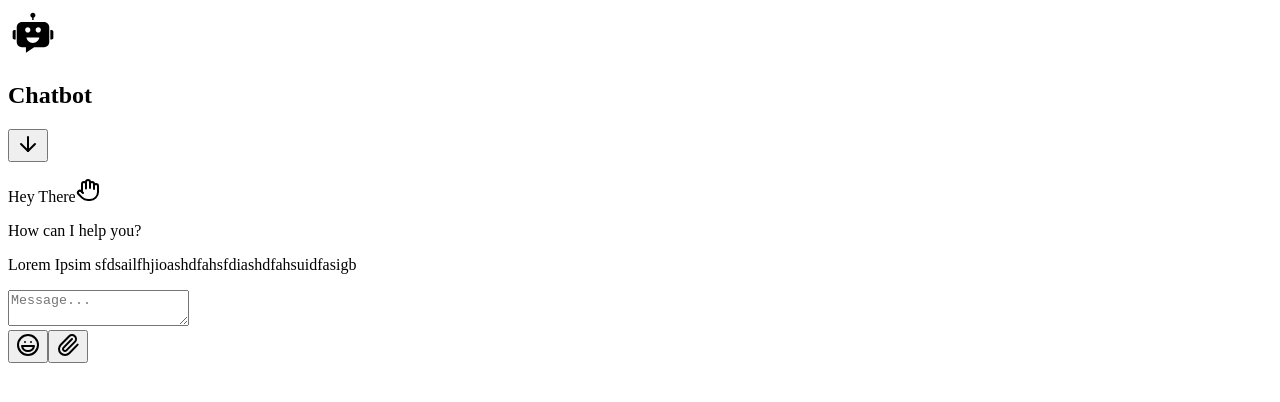
Repository: guilhermecardoso93/ai-bot
Page: /
An editor plug-in stored every save of this project. The page is shown before and after the next save, followed by the edit.
The browser window is 1280 px wide. The pictures show the whole page.
The project was rebuilt for these pictures with package versions that can differ from the ones it lists, and the page was loaded fresh each time. Also part of the build but not shown: vite.config.js.

Above is the page before, as saved 2024-11-11 20:07:37.

### index.html
<!doctype html>
<html lang="en">
  <head>
    <meta charset="UTF-8" />
    <link rel="icon" type="image/svg+xml" href="/vite.svg" />
    <meta name="viewport" content="width=device-width, initial-scale=1.0" />
    <title>Ai ChatBot</title>
  </head>
  <body>
    <div id="root"></div>
    <script type="module" src="/src/main.jsx"></script>
  </body>
</html>

### src/index.css
:root {

  font-synthesis: none;
  text-rendering: optimizeLegibility;
  -webkit-font-smoothing: antialiased;
  -moz-osx-font-smoothing: grayscale;
}

### src/App.jsx
import { Main } from "./components/Main";

export function App() {
  return (
    <>
      <Main />
    </>
  );
}

### src/components/Main.jsx
import { Hand, ArrowDown, Laugh, Paperclip } from "lucide-react";
import Logo from "../assets/logo.svg";

export function Main() {
  return (
    <div className="chatbot-popup">
      {/* Header */}
      <div className="chat-header">
        <div className="header-info">
          <img src={Logo} alt="" />
          <h2 className="logo-text">Chatbot</h2>
        </div>
        <button className="material-symbols-rounded">
          <ArrowDown />
        </button>
      </div>

      {/* Body */}
      <div className="chat-body">
        <div className="message bot-message">
          <div className="message-text">
            <p className="message-text">
              Hey There
              <Hand />
            </p>
            <p>How can I help you?</p>
          </div>
          <div className="message-user">
            <p className="message-text">
              Lorem Ipsim sfdsailfhjioashdfahsfdiashdfahsuidfasigb
            </p>
          </div>
        </div>
      </div>

      {/* Footer */}
      <div className="chat-footer">
        <form action="" className="chat-form">
          <textarea
            placeholder="Message..."
            className="message-input"
          ></textarea>
          <div className="chat-controls">
            <button className="material-symbols-rounded">
              <Laugh />
            </button>
            <button className="material-symbols-rounded">
              <Paperclip />
            </button>
          </div>
        </form>
      </div>
    </div>
  );
}

Loaded but not shown: src/main.jsx (common file)

After the next save:
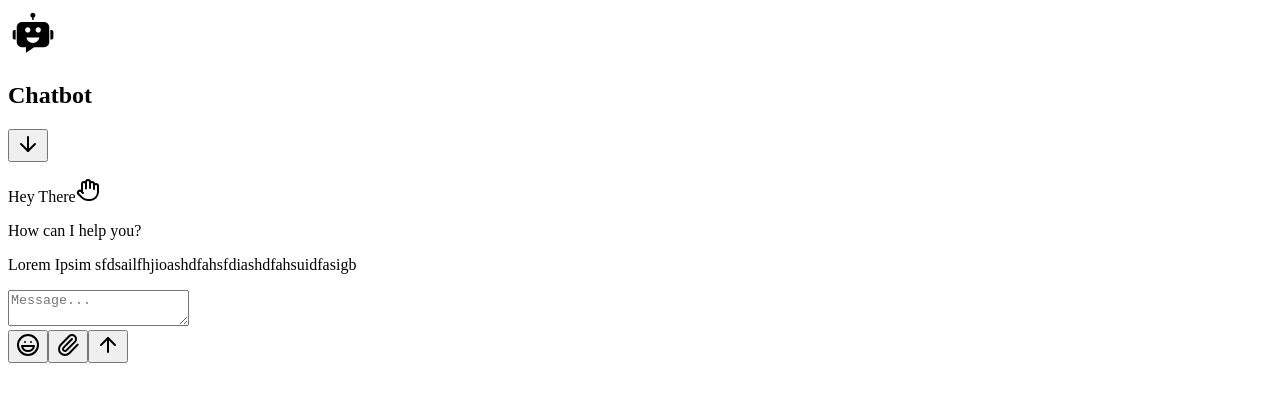
Saved 35 s later.
--- a/src/components/Main.jsx
+++ b/src/components/Main.jsx
@@ -1,4 +1,4 @@
-import { Hand, ArrowDown, Laugh, Paperclip } from "lucide-react";
+import { Hand, ArrowDown, Laugh, Paperclip, ArrowUp } from "lucide-react";
 import Logo from "../assets/logo.svg";
 
 export function Main() {
@@ -47,6 +47,9 @@ export function Main() {
             <button className="material-symbols-rounded">
               <Paperclip />
             </button>
+            <button className="material-symbols-rounded">
+              <ArrowUp />
+            </button>
           </div>
         </form>
       </div>
